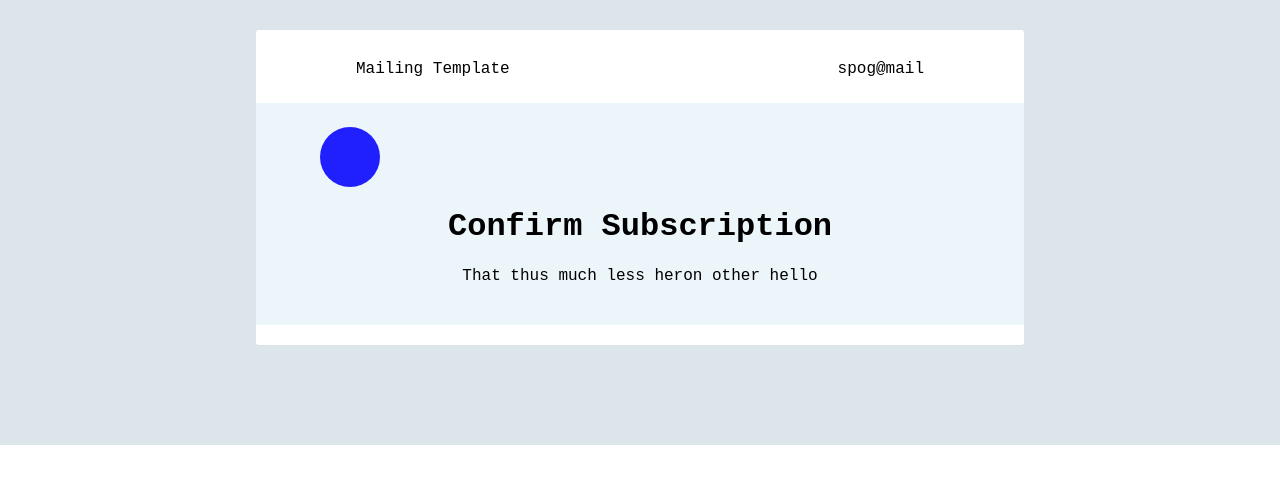
Repository: Lecon-Git/Appmail-Template
Page: mail.html
The author's editor kept a copy of each file at every save. The page is drawn from the files as they stood at one save, then again after the next save.
The browser window is 1280 px wide. The pictures show the whole page.

Above is the page before, as saved 2021-11-01 21:39:53.

### mail.html
<!DOCTYPE html>
<html lang="en">

<head>
    <meta charset="UTF-8">
    <meta http-equiv="X-UA-Compatible" content="IE=edge">
    <meta name="viewport" content="width=device-width, initial-scale=1.0">
    <title>Service Confirmation</title>
    <link rel="stylesheet" href="css/mail.css">
</head>

<body>
    <div class="container">
        <div class="main">
            <div class="head_1">
                <span class="logo">Mailing Template</span>
                <span class="username">spog@mail</span>
            </div>
            <div class="subscribe">
                <div class="circle"></div>
                <h1>Confirm Subscription</h1>
                <p>That thus much less heron other hello</p>
            </div>
        </div>
    </div>
</body>

</html>

### css/mail.css
body {
    margin: 0;
    font-family: "Courier New", Courier, monospace;
}

.container {
    padding: 30px 0 100px;
    background-color: #dbe5ea;
}

.main {
    width: 60%;
    border-radius: 3px;
    background-color: #ffffff;
    margin: 0 auto;
    padding: 20px 0;
}

.head_1 {
    display: flex;
    flex-direction: row;
    padding: 10px 100px 25px;
}

.head_1 span {
    flex: 1;
}

.logo {}

.username {
    text-align: right;
}

.subscribe {
    background-color: #ebf5fa;
    padding: 24px 64px;
    text-align: center;
}

.circle {
    width: 60px;
    height: 60px;
    border-radius: 30px;
    background-color: #2020ff;
}

After the next save:
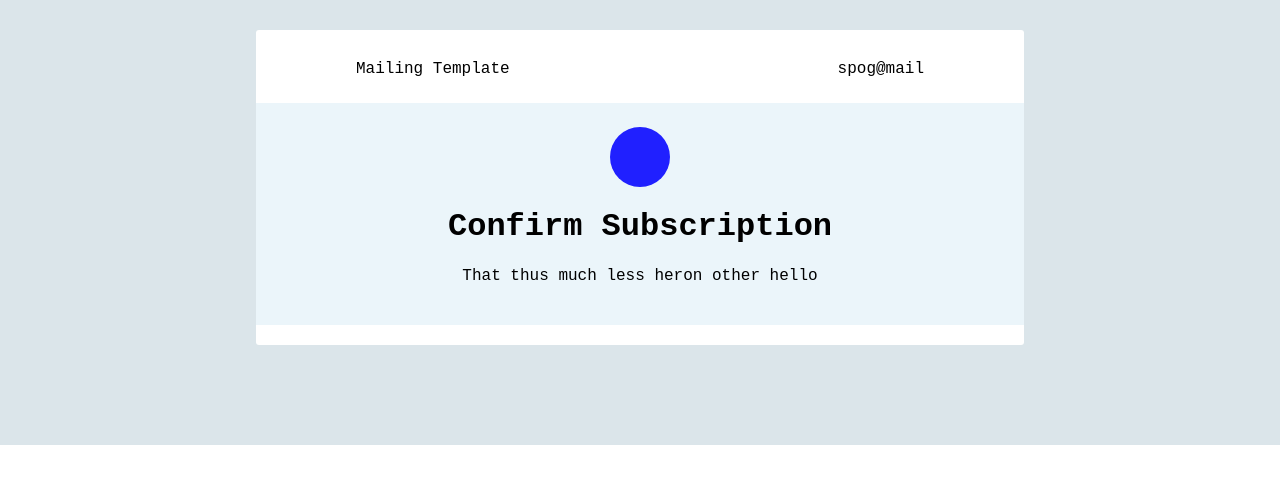
Saved 17 s later.
--- a/css/mail.css
+++ b/css/mail.css
@@ -43,4 +43,5 @@ body {
     height: 60px;
     border-radius: 30px;
     background-color: #2020ff;
+    margin: 0 auto;
 }
